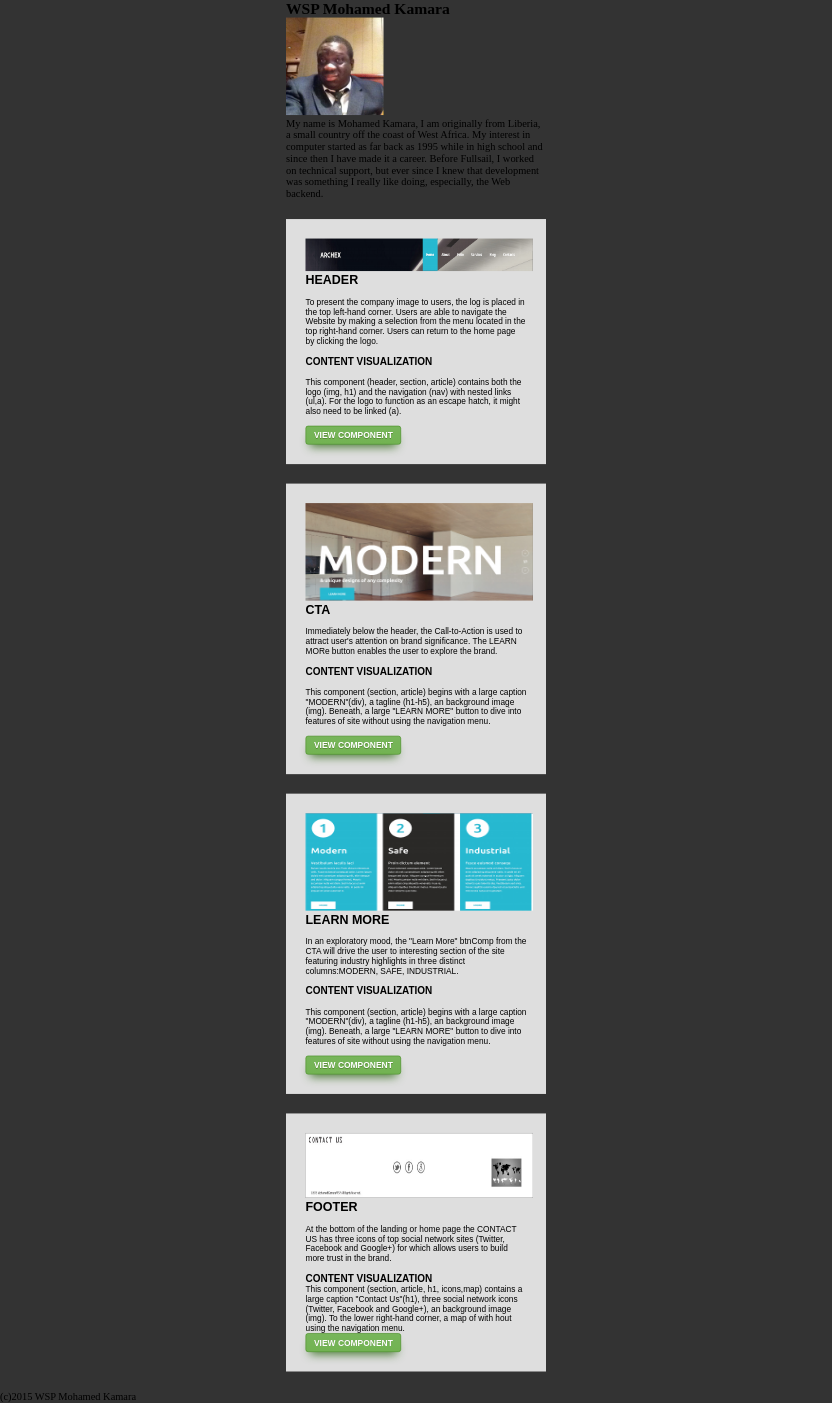
Repository: makamara/WSP_Project
Page: wsp/index.html
An editor plug-in stored every save of this project. The page is shown before and after the next save, followed by the edit.
The browser window is 1280 px wide. The pictures show the whole page, at 65% of full size.

Above is the page before, as saved 2015-09-15 23:12:26.

### wsp/index.html
<!DOCTYPE html>
<html>
<head>
	<title>WSP: Mohamed Kamara</title>
	<link rel="stylesheet" type="text/css" href="css/reset.css" />
	<link rel="stylesheet" type="text/css" href="css/main.css" />
</head>
<body>


	<!-- Header -->
	<header>

	</header>

	<!-- About -->
	<section id="about">

		<h1>WSP Mohamed Kamara</h1>
		<div class="image">
			<img src="images/art_pix.jpg" alt="Mohamed Kamara" width="150" height="150" />
			<p>My name is Mohamed Kamara, I am originally from Liberia, a small country off the coast of West Africa. My interest in computer
		started as far back as 1995 while in high school and since then I have made it a career. Before Fullsail, I worked on technical
		support, but ever since I knew that development was something I really like doing, especially, the Web backend.
		</p>
		</div>

	</section>

	<!-- Blog, Components -->
	<section>
		<!-- Header section -->
		<article>

			<img src="images/header.png" alt="Header Section" width="350" height="50" />
			<h1>HEADER</h1><br />
			<p>To present the company image to users, the log is placed in the top left-hand corner. Users are able to navigate the Website
			by making a selection from the menu located in the top right-hand corner. Users can return to the home page by clicking the logo.
			</p><br />
			<h3>CONTENT VISUALIZATION</h3><br />

			<p>This component (header, section, article) contains both the logo (img, h1) and the navigation (nav) with nested links (ul,a).
			For the logo to function as an escape hatch, it might also need to be linked (a).
			</p><br />
			<p><a href="" class="btnComp">VIEW COMPONENT</a></p>
		</article>
		<!-- CTA section -->
		<article>
			<img src="images/cta.jpg" alt="CTA" width="350" height="150" />
			<h1>CTA</h1><br />
			<p>Immediately below the header, the Call-to-Action is used to attract user's attention on brand significance.
				The <strong>LEARN MORe</strong> button enables the user to explore the brand.
			</p><br />
			<h3>CONTENT VISUALIZATION</h3><br />
			<p>This component (section, article) begins with a large caption "MODERN"(div), a tagline (h1-h5), an background image (img).
			Beneath, a large "LEARN MORE" button to dive into features of site without using the navigation menu.
			</p><br />
			<p><a href="" class="btnComp">VIEW COMPONENT</a></p>
		</article>
	<!-- LEARN MORE section -->
		<article>
			<img src="images/learnmore.jpg" alt="Learn More" width="350" height="150" />
			<h1>LEARN MORE</h1><br />
			<p>In an exploratory mood, the "Learn More" btnComp from the CTA will drive the user to interesting section of the site featuring
			industry highlights in three distinct columns:MODERN, SAFE, INDUSTRIAL.

			</p><br />
			<h3>CONTENT VISUALIZATION</h3><br />
			<p>This component (section, article) begins with a large caption "MODERN"(div), a tagline (h1-h5), an background image (img).
			Beneath, a large "LEARN MORE" button to dive into features of site without using the navigation menu.
			</p><br />
			<p><a href="" class="btnComp">VIEW COMPONENT</a></p>
		</article>
		<!-- FOOTER section -->
		<article>
			<img src="images/footer.jpg" alt="Footer" width="350" height="100" />
			<h1>FOOTER</h1><br />
			<p>At the bottom of the landing or home page the CONTACT US has three icons of top social network sites (Twitter, Facebook and Google+) for
			which allows users to build more trust in the brand.

			</p><br />
			<h3>CONTENT VISUALIZATION</h3>
			<p>This component (section, article, h1, icons,map) contains a large caption "Contact Us"(h1), three social network icons (Twitter, Facebook and Google+),
				 an background image (img). To the lower right-hand corner, a map of with hout using the navigation menu.
			</p>
			<p><a href="" class="btnComp">VIEW COMPONENT</a></p>
		</article>
	</section>
<footer>(c)2015 WSP Mohamed Kamara</footer>
</body>
</html>

### wsp/css/reset.css
/* CSS RESET
====================================================================================================
====================================================================================================
*/



html, body, div, main, span, applet, object, iframe,
h1, h2, h3, h4, h5, h6, p, blockquote, pre,
a, abbr, acronym, address, big, cite, code,
del, dfn, em, img, ins, kbd, q, s, samp,
small, strike, strong, sub, sup, tt, var,
b, u, i, center,
dl, dt, dd, ol, ul, li,
fieldset, form, label, legend, input, textarea,
table, caption, tbody, tfoot, thead, tr, th, td,
article, aside, canvas, details, embed,
figure, figcaption, footer, header, hgroup,
menu, nav, output, ruby, section, summary,
time, mark, audio, video,
::before, ::after {

	margin: 0; padding: 0;
	border: 0;
	font-size: 100%;
	font: inherit;
	vertical-align: baseline;
	text-decoration: none;

	box-sizing: border-box;

}

// HTML5 - Older browser support
// ======================================================================
article, aside, details, figcaption, figure,
footer, header, hgroup, menu, nav, section {
	display: block;
}


// BODY
// ======================================================================
body {
	line-height: 1;
	font-family: Verdana, Arial, Helvetica, sans-serif;

}


// LISTS - Clear bullets
// ======================================================================
ol, ul { list-style: none; }


// QUOTES
// ======================================================================
blockquote, q { quotes: none; }
blockquote:before, blockquote:after,
q:before, q:after {
	content: '';
	content: none;
}

// TABLES
// ======================================================================
table {
	border-collapse: collapse;
	border-spacing: 0;
}

### wsp/css/main.css
/* Project CSS
============================================================
============================================================*/
body {
    background: #333333;
}

header, section {
    width: 400px;
    margin: 0 auto;
}


/* HEADER ============================== */

/* ABOUT ============================== */

/* COMPONENTS ============================== */
article {
    background: #DEDEDE;
    padding: 30px;
    margin: 30px 0;
    font-family:Arial, Helvetica, sans-serif;
    font-size:0.8em;
}

h1 {
	font-weight:bold;
	font-size:1.5em;
	font-style:normal;
}

h3 {
	font-weight:bold;
	font-size:1.2em;
	font-style:normal
}

#about{
	font-color:#D8D8D8;

}

/* View Component button ============================== */
.btnComp {
	-moz-box-shadow: 0px 10px 14px -7px #3e7327;
	-webkit-box-shadow: 0px 10px 14px -7px #3e7327;
	box-shadow: 0px 10px 14px -7px #3e7327;
	background:-webkit-gradient(linear, left top, left bottom, color-stop(0.05, #77b55a), color-stop(1, #72b352));
	background-color:#77b55a;
	-moz-border-radius:4px;
	-webkit-border-radius:4px;
	border-radius:4px;
	border:1px solid #4b8f29;
	display:inline-block;
	cursor:pointer;
	color:#ffffff;
	font-family:Arial;
	font-size:13px;
	font-weight:bold;
	padding:6px 12px;
	text-decoration:none;
	text-shadow:0px 1px 0px #5b8a3c;
}
.btnComp:hover {
	background:-webkit-gradient(linear, left top, left bottom, color-stop(0.05, #72b352), color-stop(1, #77b55a));
	background-color:#72b352;
}
.btnComp:active {
	position:relative;
	top:1px;
}

After the next save:
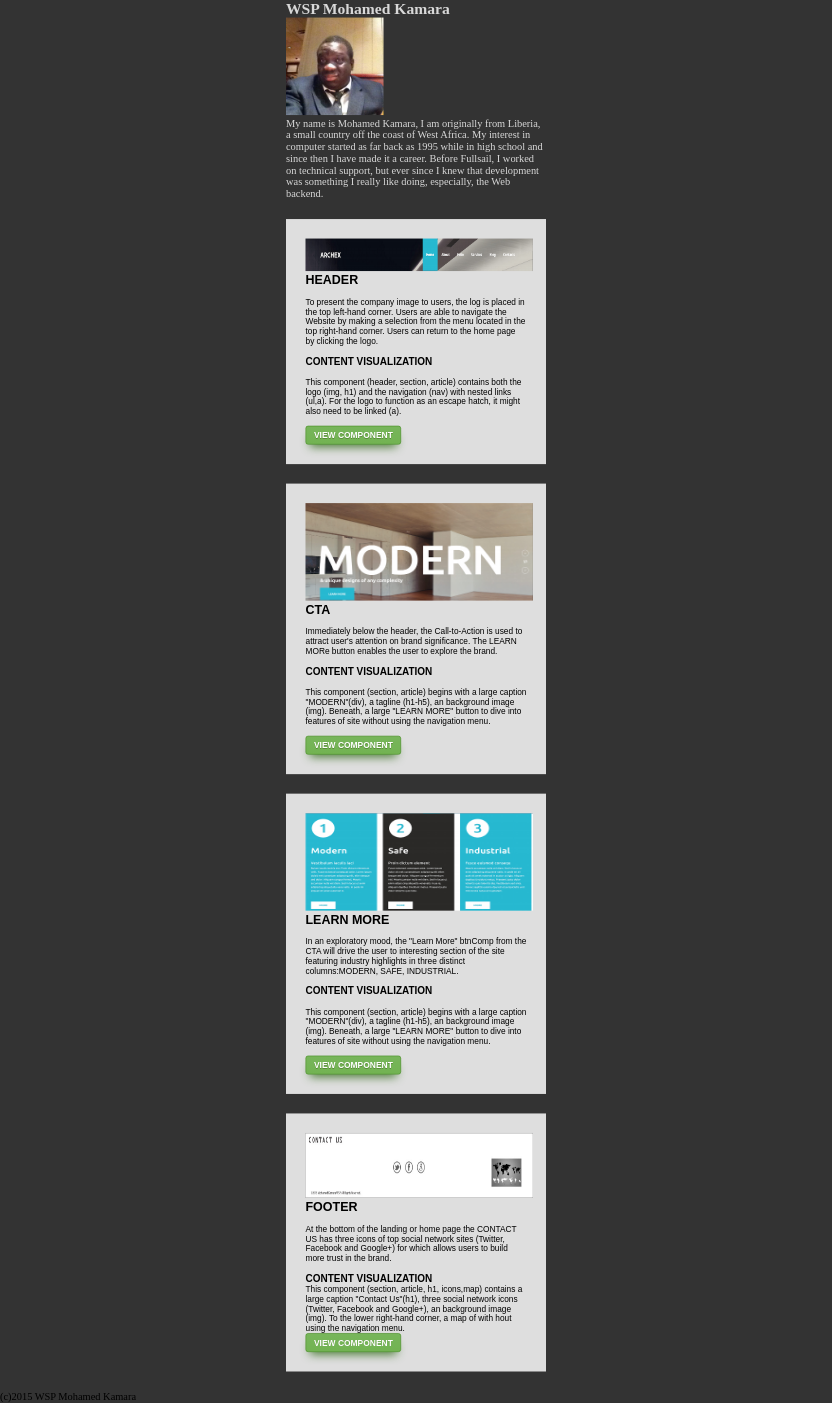
Saved 71 s later.
--- a/wsp/css/main.css
+++ b/wsp/css/main.css
@@ -37,7 +37,7 @@ h3 {
 }
 
 #about{
-	font-color:#D8D8D8;
+	color:#D8D8D8;
 
 }
 
